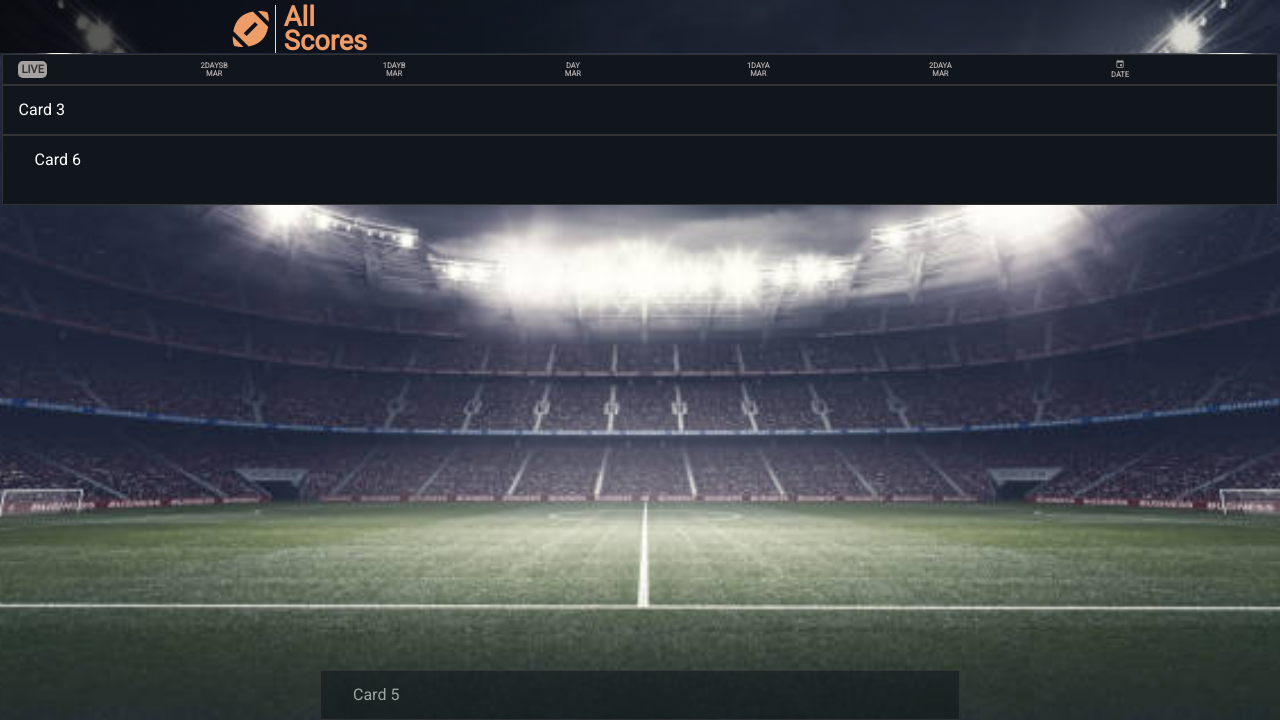
Repository: boomshakar/AllScores
Page: index.html
These files come from the project's save history. The page is drawn as it stood at one moment and after the next save; the edit follows.
The browser window is 1280 px wide. The pictures show the whole page.
The style sheet was rebuilt from its Sass, Less or Tailwind sources for each picture, by a compiler version that may differ from the author's.

Above is the page before, as saved 2021-03-30 13:19:56.

After the next save:
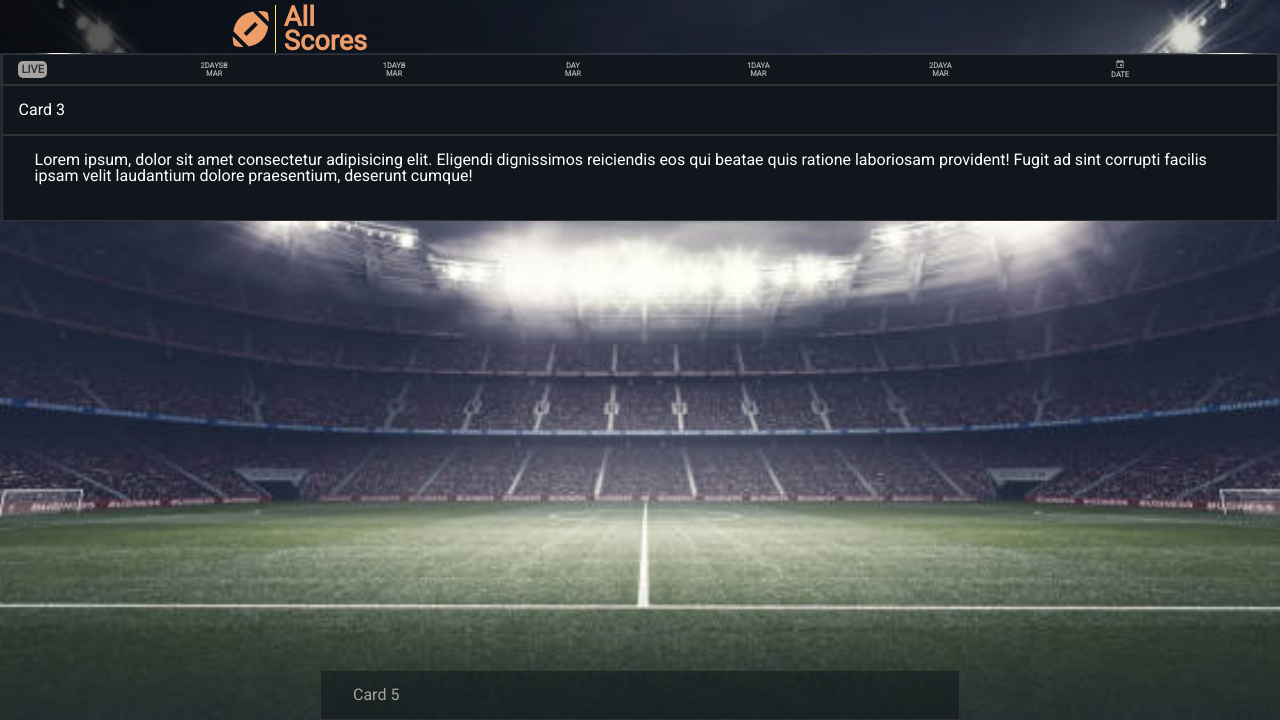
Saved 21 s later.
--- a/index.html
+++ b/index.html
@@ -153,7 +153,12 @@
       <div class="card">Card 3</div>
       <div class="card">Card 4</div>
       <div class="card">Card 5</div>
-      <div class="card">Card 6</div>
+      <div class="card">
+        Lorem ipsum, dolor sit amet consectetur adipisicing elit. Eligendi
+        dignissimos reiciendis eos qui beatae quis ratione laboriosam provident!
+        Fugit ad sint corrupti facilis ipsam velit laudantium dolore
+        praesentium, deserunt cumque!
+      </div>
     </div>
   </body>
   <script src="main.js"></script>
